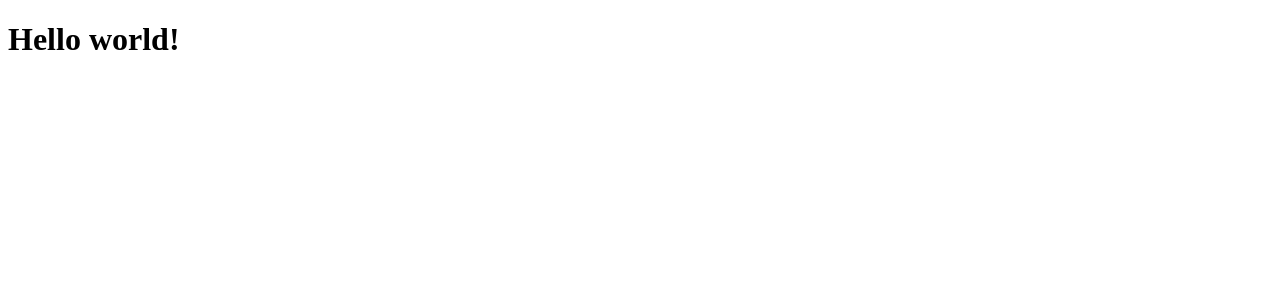
Repository: sedat-akdogan/angular2
Page: / (app in try2/)
The author's editor kept a copy of each file at every save. The page is drawn from the files as they stood at one save, then again after the next save.
The browser window is 1280 px wide. The pictures show the whole page.
The project was rebuilt for these pictures with package versions that can differ from the ones it lists, and the page was loaded fresh each time. Also part of the build but not shown: try2/angular.json.

Above is the page before, as saved 2023-07-02 17:04:07.

After the next save:
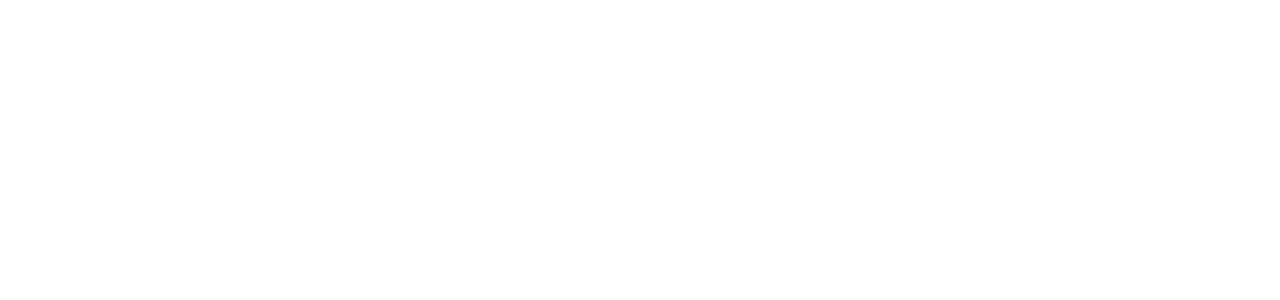
Saved 24 s later.
--- a/try2/src/app/app.component.ts
+++ b/try2/src/app/app.component.ts
@@ -2,7 +2,7 @@
 
 @Component({
     selector: 'app-root',
-    template: `<h1>Hello world!</h1>`,
+    templateUrl: './app.component.html',
     styleUrls: ['./app.component.scss']
 })
 export class AppComponent {

After the 3 saves that followed:
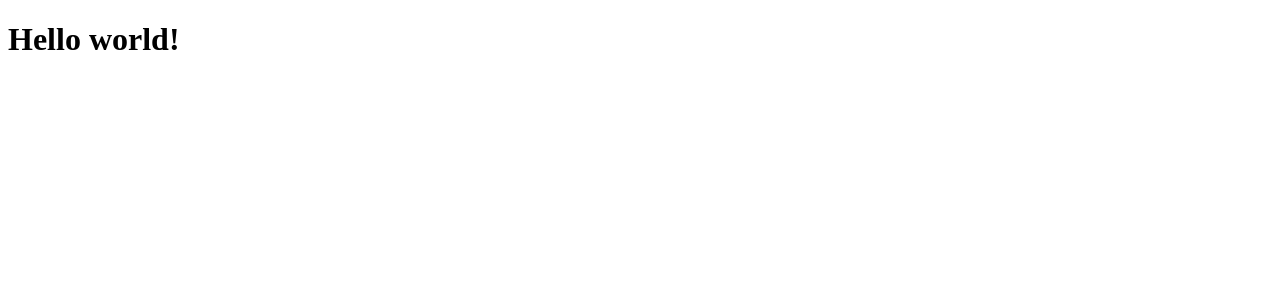
The 3 saves are shown as one change because 1 left the picture as it was and some came seconds apart.
The last was saved 35 s later.
--- a/try2/src/app/app.component.ts
+++ b/try2/src/app/app.component.ts
@@ -2,7 +2,8 @@
 
 @Component({
     selector: 'app-root',
-    templateUrl: './app.component.html',
+    template: `<h1>Hello world!</h1>`,
+    // templateUrl: './app.component.html',
     styleUrls: ['./app.component.scss']
 })
 export class AppComponent {
